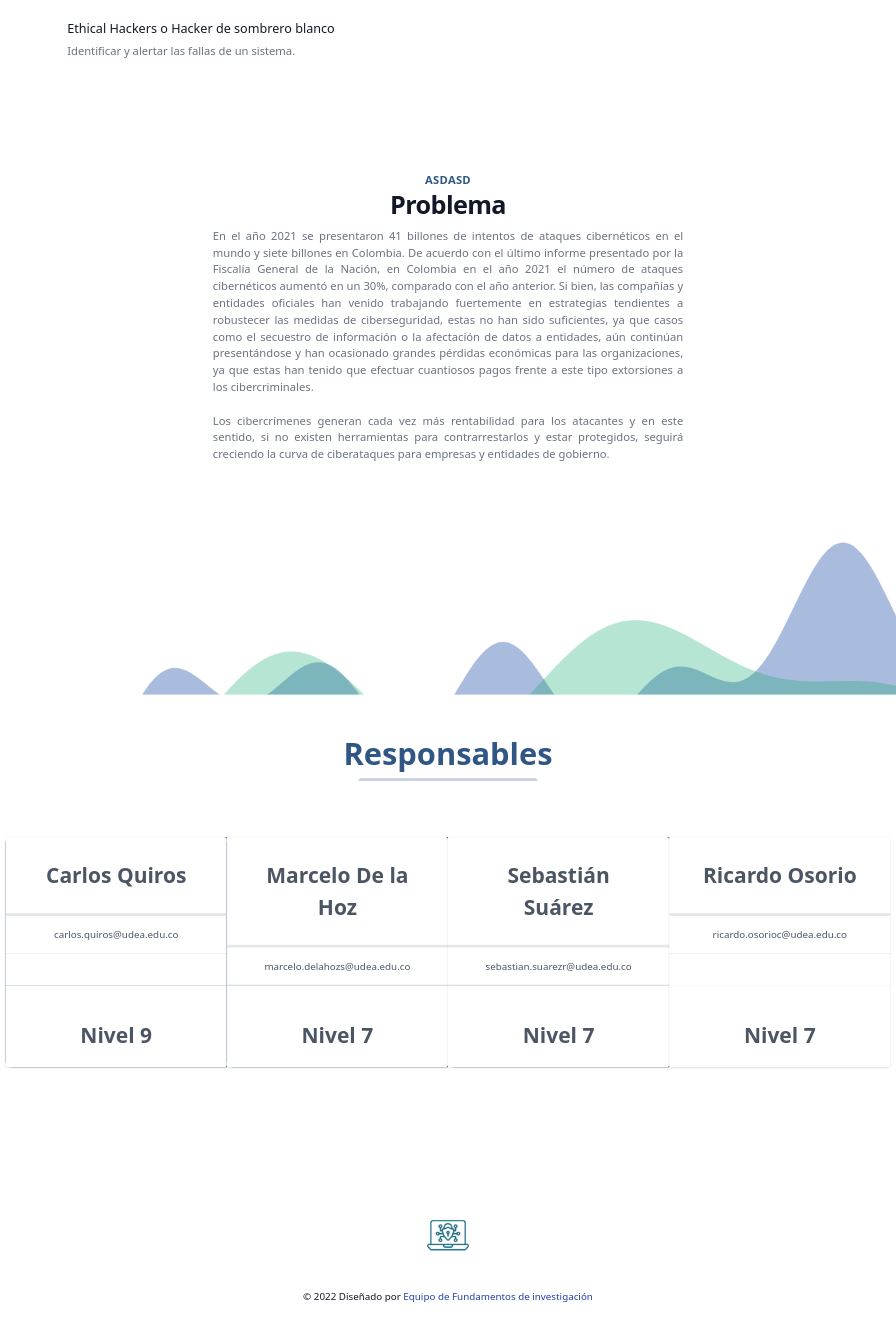
Repository: cardacar/fdi-2022
Page: /
These files come from the project's save history. The page is drawn as it stood at one moment and after the next save; the edit follows.
The browser window is 1280 px wide. The pictures show the part of the page from y = 3712 to 5632 px (the page is 5618 px tall before and 5982 px after), at 70% of full size.
The project was rebuilt for these pictures with package versions that can differ from the ones it lists, and the page was loaded fresh each time. The framework's server and built-in components were replaced by stand-ins that run in the browser. Also part of the build but not shown: next.config.js.

Above is the page before, as saved 2022-08-07 16:26:25.

After the next save:
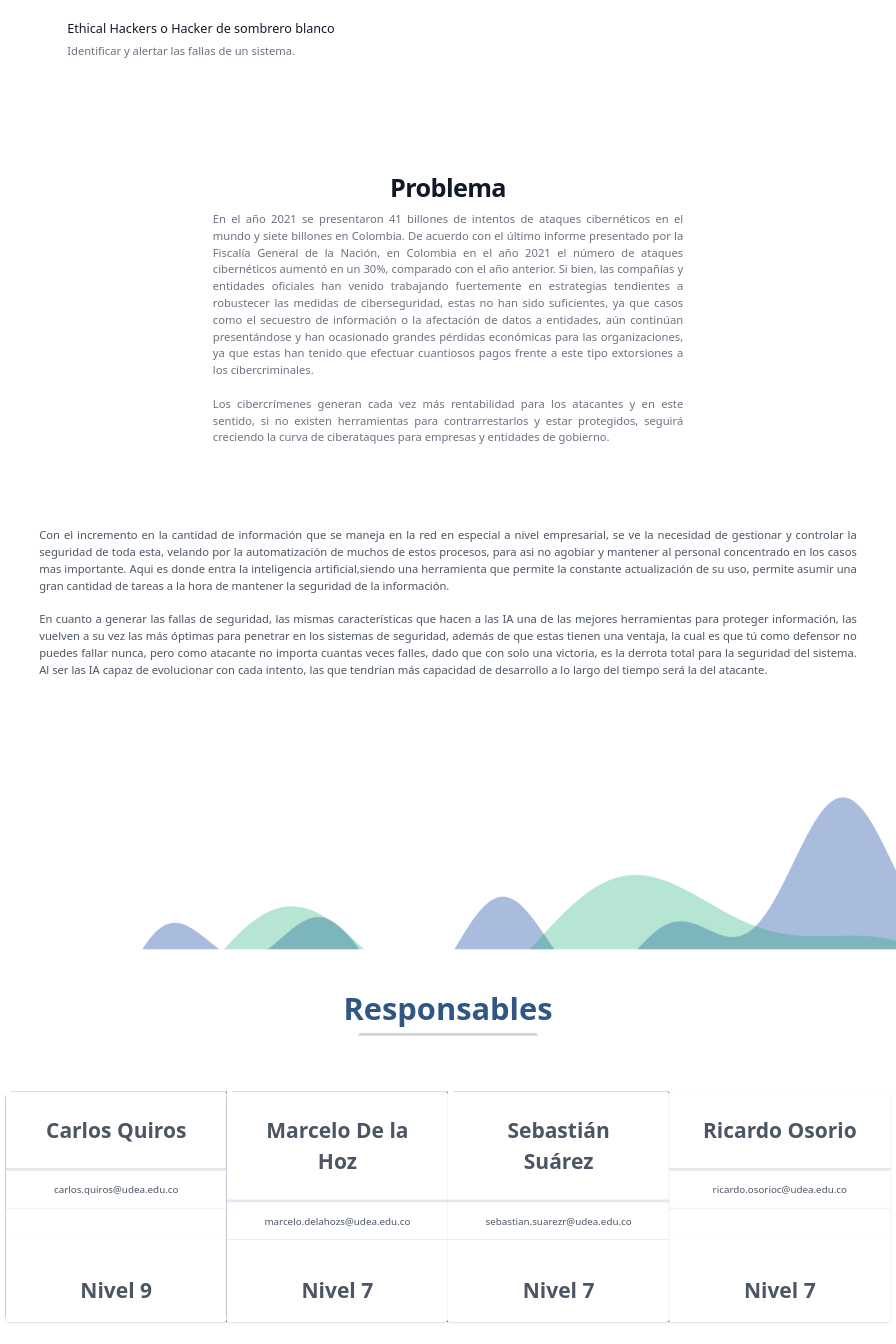
Saved 13 s later.
--- a/src/components/Problema.tsx
+++ b/src/components/Problema.tsx
@@ -5,11 +5,6 @@ const Problema = () => {
     <div className={`py-12 bg-background`} id="problema">
       <div className="max-w-7xl mx-auto px-4 sm:px-6 lg:px-8">
         <div className="lg:text-center">
-          <h2
-            className={`text-base text-primary font-semibold tracking-wide uppercase`}
-          >
-           asdasd
-          </h2>
           <p className="mt-2 text-3xl leading-8 font-extrabold tracking-tight text-gray-900 sm:text-4xl">
             Problema
           </p>
@@ -34,6 +29,35 @@ const Problema = () => {
             ciberataques para empresas y entidades de gobierno.
           </p>
         </div>
+        <div className={`w-full p-6 mt-20 text-center`}>
+            <div className={`align-middle`}>
+              <h3
+                className={`text-3xl text-gray-800 font-bold leading-none mb-3`}
+              >
+              </h3>
+              <p className={`text-gray-600 mb-8 text-justify`}>
+                Con el incremento en la cantidad de información que se maneja en
+                la red en especial a nivel empresarial, se ve la necesidad de
+                gestionar y controlar la seguridad de toda esta, velando por la
+                automatización de muchos de estos procesos, para asi no agobiar
+                y mantener al personal concentrado en los casos mas importante.
+                Aqui es donde entra la inteligencia artificial,siendo una
+                herramienta que permite la constante actualización de su uso,
+                permite asumir una gran cantidad de tareas a la hora de mantener
+                la seguridad de la información.<br></br><br></br> En cuanto a generar las fallas
+                de seguridad, las mismas características que hacen a las IA una
+                de las mejores herramientas para proteger información, las
+                vuelven a su vez las más óptimas para penetrar en los sistemas
+                de seguridad, además de que estas tienen una ventaja, la cual es
+                que tú como defensor no puedes fallar nunca, pero como atacante
+                no importa cuantas veces falles, dado que con solo una victoria,
+                es la derrota total para la seguridad del sistema. Al ser las IA
+                capaz de evolucionar con cada intento, las que tendrían más
+                capacidad de desarrollo a lo largo del tiempo será la del
+                atacante.
+              </p>
+            </div>
+          </div>
 
       </div>
     </div>
